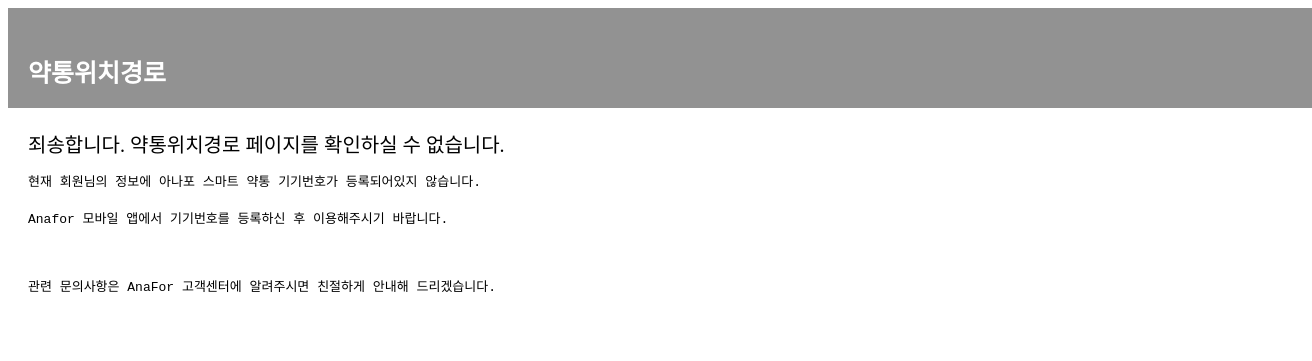
Repository: euzny/Spring-Website
Page: http://localhost/anafor/WEB-INF/views/my_info/notAccept.jsp
The author's editor kept a copy of each file at every save. The page is drawn from the files as they stood at one save, then again after the next save.
The browser window is 1280 px wide. The page is 1312 px wide, so the pictures cover 1312 px, including what lies to the right of the window. The pictures show the whole page.
The page is served by Tomcat 9. Nobody is signed in. Other server files are loaded and not shown. The template is opened directly, without the code that normally fills it, so the values that code supplies are empty.

Above is the page before, as saved 2022-06-23 02:05:38.

### Workspace/anafor/src/main/webapp/WEB-INF/views/my_info/notAccept.jsp
<%@ page language="java" contentType="text/html; charset=UTF-8"
    pageEncoding="UTF-8"%>
<!DOCTYPE html>
<html>
<head>
<meta charset="UTF-8">
<title>Insert title here</title>
<style>
 	#header {
	   width:100%;
	   height:60px;
	   padding: 20px;
	   background-color:#929292;
	   border-bottom: 1px solid white;
	}
	#header h3{
	   font-size: 25px;
	   font-weight: bold;
	   text-align: left;
	   color: white;
	}

	#notice{
		width : 80%;
		text-align:left;
		margin:20px 0px 0px 20px;
	}
	#notice h3{
	   font-size: 20px;
	   font-weight:500;
	   margin-bottom:5px;
	}
	#notice pre{
		padding-bottom:5px;
	}
   	</style>
</head>
<body>
<div id="header">
  	<h3>약통위치경로</h3>
</div>
<div id="notice">
	<h3>죄송합니다. 약통위치경로 페이지를 확인하실 수 없습니다.</h3>
		<pre>현재 회원님의 정보에 아나포 스마트 약통 기기번호가 등록되어있지 않습니다.</pre>
		<pre>Anafor 모바일 앱에서 기기번호를 등록하신 후 이용해주시기 바랍니다.</pre>
		<br>
		<pre>관련 문의사항은 AnaFor 고객센터에 알려주시면 친절하게 안내해 드리겠습니다.</pre>
</div>
</body>
</html>

After the next save:
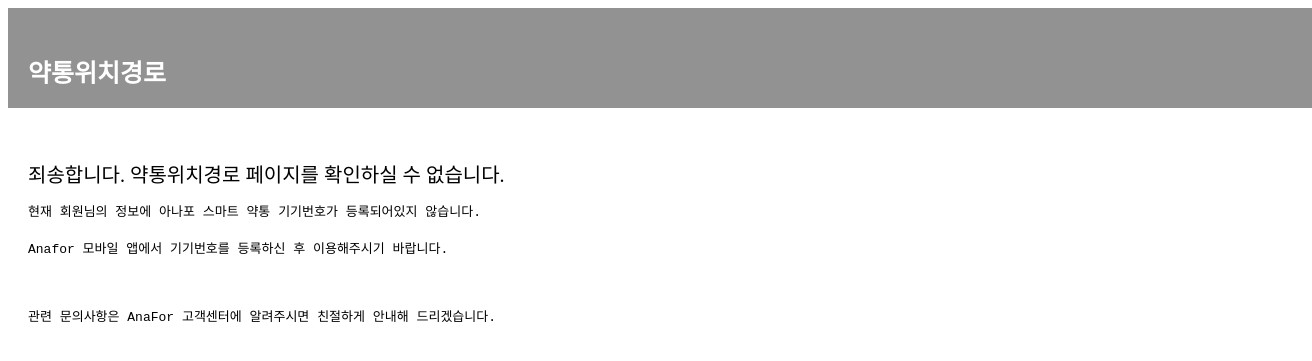
Saved 28 s later.
--- a/Workspace/anafor/src/main/webapp/WEB-INF/views/my_info/notAccept.jsp
+++ b/Workspace/anafor/src/main/webapp/WEB-INF/views/my_info/notAccept.jsp
@@ -23,7 +23,7 @@
 	#notice{
 		width : 80%;
 		text-align:left;
-		margin:20px 0px 0px 20px;
+		margin:50px 0px 0px 20px;
 	}
 	#notice h3{
 	   font-size: 20px;
